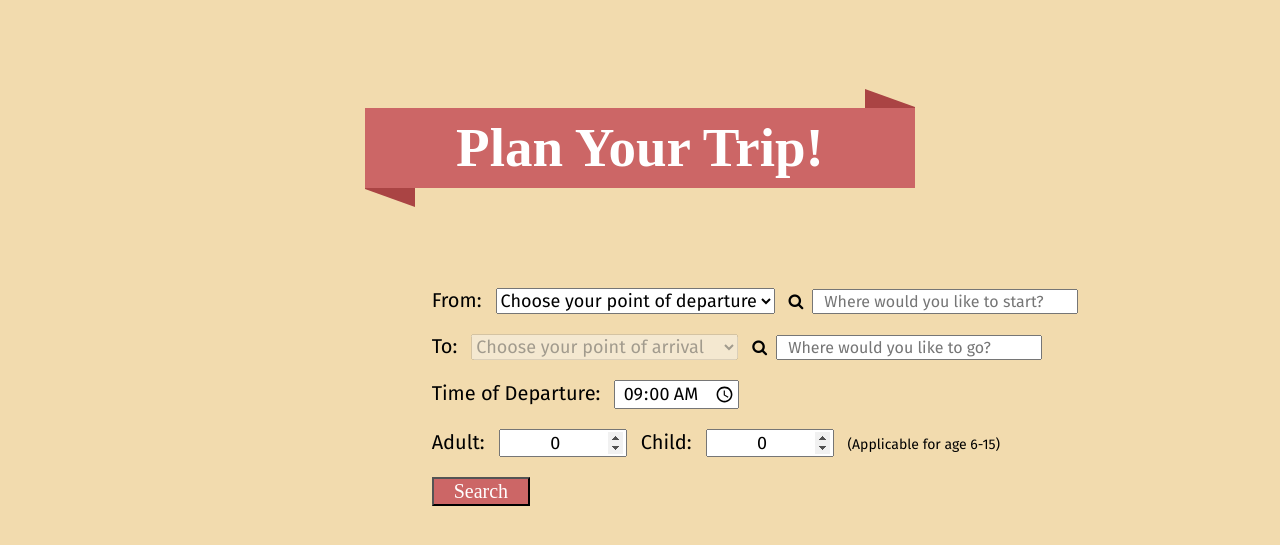
Repository: bbh0607/bae_dNation
Page: public/index.html
An editor plug-in stored every save of this project. The page is shown before and after the next save, followed by the edit.
The browser window is 1280 px wide. The pictures show the whole page.
Some web fonts or font styles are not loaded; a fallback is used.

Above is the page before, as saved 2020-02-01 16:00:56.

After the next save:
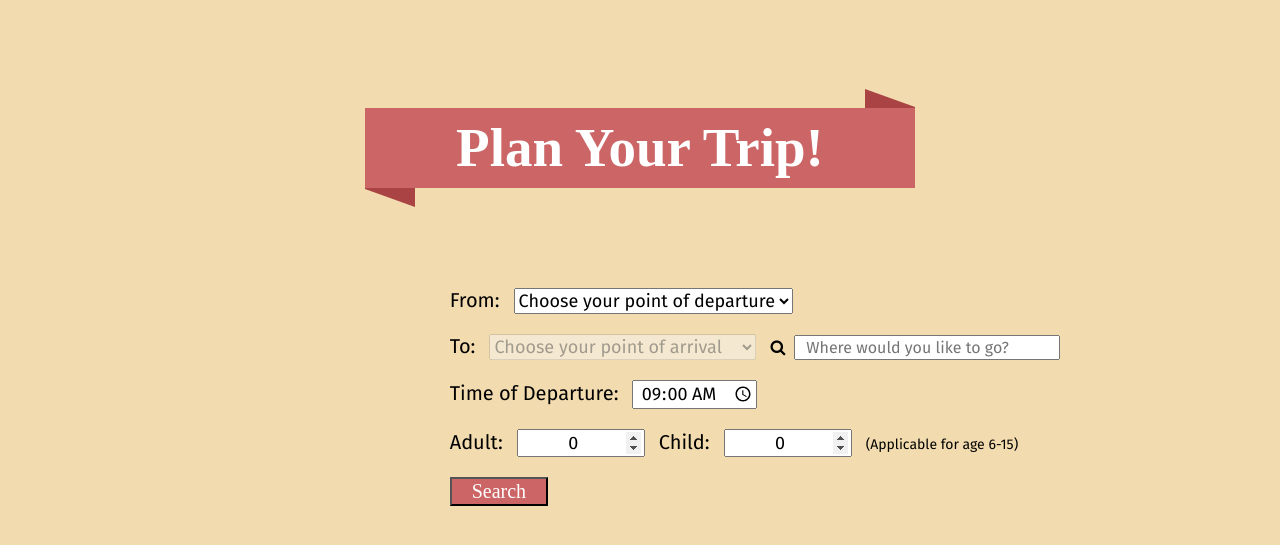
Saved 24 s later.
--- a/public/index.html
+++ b/public/index.html
@@ -21,7 +21,7 @@
             <option value="SENTRAL">KL Sentral</option>
             <option value="OTHER">Other..</option>
           </select>
-          <span class="fromSearch" >
+          <span class="fromSearch" hidden>
             <i class="fa fa-search icon"></i>
             <input type="text" name="search" placeholder="Where would you like to start?">
           </span>
